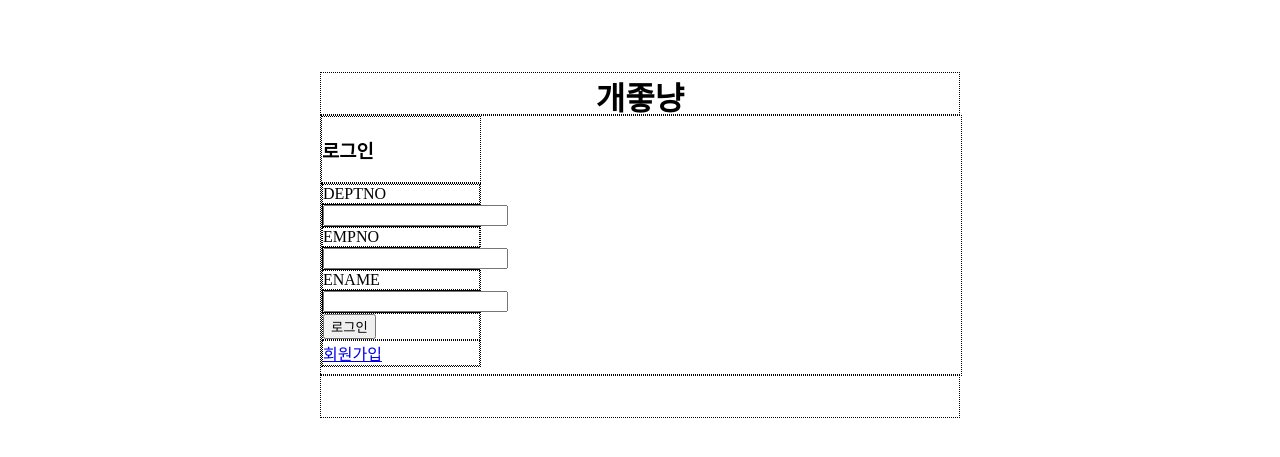
Repository: rmsgh2392/jee-company
Page: http://localhost/company/facade.do
These files come from the project's save history. The page is drawn as it stood at one moment and after the next save; the edit follows.
The browser window is 1280 px wide. The pictures show the whole page.
The page is served by Tomcat 9. Other server files are loaded and not shown.

Above is the page before, as saved 2019-10-07 11:00:33.

### company/WebContent/WEB-INF/views/facade/main.jsp
<%@ page language="java" contentType="text/html; charset=UTF-8"
    pageEncoding="UTF-8"%>
<%@taglib prefix="e" uri="http://java.sun.com/jsp/jstl/core"%>
<jsp:include page="../common/head.jsp"/>
<div class="container">
	<div><h1 id="main_text">개좋냥</h1></div>
	<div class="content">
	<e:choose>
		<e:when test="${page eq 'login'}">
			<jsp:include page="login.jsp"/>
		</e:when>
		<e:when test="${page eq 'join'}">
			<jsp:include page="join.jsp"/>
		</e:when>
		<e:when test="${page eq 'mypage'}">
			<jsp:include page="mypage.jsp"/>
		</e:when>
	</e:choose>
</div>
<div>
</div>
</div>
<script>
app.init('${ctx}');
</script>
<jsp:include page="../common/foot.jsp"/>

### company/WebContent/WEB-INF/views/common/head.jsp
<%@ page language="java" contentType="text/html; charset=UTF-8"
    pageEncoding="UTF-8"%>
<!DOCTYPE html>
<html>
<head>
<meta charset="UTF-8">
<title>Insert title here</title>
<script src="${js}/jquery.js"></script>
<link rel="stylesheet" type="text/css" href="${css}/style.css"/></link>
<script src="${js}/app.js"></script>
</head>
<body>
<div class="wrapper" style="width:100%; height:100%">
<div></div> <div></div> <div></div>
<div></div>

### company/WebContent/WEB-INF/views/facade/login.jsp
<%@ page language="java" contentType="text/html; charset=UTF-8"
    pageEncoding="UTF-8"%>
<form id="login_form">
	<div><h3 id="join_text">로그인</h3></div>
	<div class = "login_spac">
		<div id="text">	DEPTNO </div><div id = "input"><input id="deptname" class="login_text" type="text" name="deptNo"/></div>
		<div id="text">
			EMPNO </div><div id = "input"><input id="username" class="login_text" type="text" name="empNo"/>
		</div>
		<div id="text">
			ENAME </div><div id = "input"><input id="userpw" class="login_text" type="text" name="ename"/>
		</div>
		<div>
			<input id="login_btn" type="button" value="로그인"/>
		</div>
		<div>
			<a id="a_join" href="#">회원가입</a>
		</div>
		<input type="hidden" name="action" value="login"/>
		<input type="hidden" name="page" value="mypage"/>
	</div>
</form>
<script>
app.init('${ctx}');
</script>

### company/WebContent/WEB-INF/views/common/foot.jsp
<%@ page language="java" contentType="text/html; charset=UTF-8"
    pageEncoding="UTF-8"%>
<div></div>
<div></div> <div></div> <div></div>
  </div>
</body>
</html>

### company/src/com/company/web/controllers/FacadeController.java
package com.company.web.controllers;

import java.io.IOException;
import javax.servlet.ServletException;
import javax.servlet.annotation.WebServlet;
import javax.servlet.http.HttpServlet;
import javax.servlet.http.HttpServletRequest;
import javax.servlet.http.HttpServletResponse;

import com.company.web.pool.Constants;

@WebServlet("/facade.do")
public class FacadeController extends HttpServlet {
	private static final long serialVersionUID = 1L;

	enum Resources{
		CTX, CSS, JS
	}
	protected void doGet(HttpServletRequest request, HttpServletResponse response) throws ServletException, IOException {
		for(Resources r : Resources.values()) {
			if(r.toString().toLowerCase().equals("ctx")) {
				request.getSession().setAttribute(r.toString().toLowerCase(), request.getContextPath());
			}else {
				request.getSession().setAttribute(r.toString().toLowerCase(), request.getContextPath() + "/resources/" + r.toString().toLowerCase());

			}

		}
		if(request.getParameter("page")==null) {
			request.setAttribute("page", "login");
		}else {
			request.setAttribute("page", request.getParameter("page"));
		}
		request.getRequestDispatcher
		(String.format(Constants.DOUBLE_PATH
				,request.getServletPath().substring(1,request.getServletPath().indexOf(".")),"main"))
		.forward(request, response);

	}

}

### company/WebContent/resources/css/style.css
@charset "UTF-8";
html, body{
	margin: 0;
	height: 100%;
	overflow: hidden;
}
.wrapper{
	display : grid;
	width: 100%;
	height:100%;
	grid-template-columns : 25% 50% 25%;
	grid-template-rows : 10% 60% 30%
}
.container{
	display : grid;
	width: 100%;
	height:100%;
	grid-template-rows : 10% 60% 10%;
}
.content{
	display : grid;
	width: 100%;
	height:100%;
	grid-template-columns: 25% 50% 25%;
	grid-template-rows : 10% 60% 30%;

}
#main_text { width : 200px; margin : 0 auto;text-align:center;}
.join_spac{
display : grid;
	margin : 0 auto;
	width : 70%;
	height: 80%;
	grid-template-columns : 30% 20% 50%;
	grid-template-rows : 11% 11% 11% 11% 11% 11% 11% 11% 12%;
	border : 1px solid black;
}
.container div{border : 1px dotted black}
#login_form{width:100%;height:100%}
#login_tab div{border : 1px solid black;}
#input{
	grid-column: 2/4;
	border : 1px solid black;
}
#dept{
	margin: 0auto;
	width : 100%;
	height : 50px;
}

### company/WebContent/resources/js/app.js
var app = (()=>{
	return {
		init : (ctx)=>{
			employeeService.login(ctx);
			employeeService.join(ctx);
			employeeService.moveJoin(ctx);

		}

	};

})();

var player = (()=>{
	var _empNo,_ename,_job,_mgr,_hireDate,_sal,_comm,_deptNo;

	var setDeptNo = (deptNo)=>{this.deptNo = deptNo;}
	var setEmpNo = (empNo)=>{this.empNo = empNo;}
	var setEname = (ename)=>{this.ename = ename;}
	var getDeptNo = ()=>{return this._deptNo;}
	var getEmpNo = ()=>{return this. _empNo;}
	var getEname = ()=>{return this._ename;}
	return {
		setDeptNo : setDeptNo,
		setEmpNo  :  setEmpNo ,
		setEname : setEname,
		getDeptNo : getDeptNo,
		getEmpNo : getEmpNo,
		getEname : getEname
	};
})();

var employeeService = (()=>{
	return {
		login : (ctx)=>{
			$('#login_btn').click(()=>{
				if($('#username').val()===''||$('#userpw').val()===''||$('#deptname').val()===''){
					alert('필수값이 없습니다.');
				}else{
					/*alert('입력한 값 아이디'+$('#username').val());*/
					$('#login_form').attr('action',ctx+'/company.do');
					$('#login_form').attr('method','GET');
					$('#login_form').submit();
				}

			});
		},
		join: (ctx)=>{
			$('#join_btn').click(()=>{
				if($('#join_empNo').val()===''||$('#join_ename').val()===''){
					alert('필수값이 없습니다.');
				}else{
					/*alert('입력한 값 아이디'+$('#join_empNo').val());*/
					$('#join_form').attr('action',ctx+'/company.do');
					$('#join_form').attr('method','GET');
					$('#join_form').submit();
				}
			});
		},
		moveJoin : (ctx)=>{
			$('#a_join').click(()=>{

				location.assign(ctx+'/facade.do?page=join')
			});
		},


		search: (ctx)=>{
			$('#find2').click(()=>{
				location.assign(ctx+'/player.do?action=search&page=a_position');
			});

			$('#find4').click(()=>{
				location.assign(ctx+'/player.do?action=search&page=4_find_by_teamid_position');

			});

		}

	};
})();

Loaded but not shown: company/WebContent/resources/js/jquery.js (library)

After the next save:
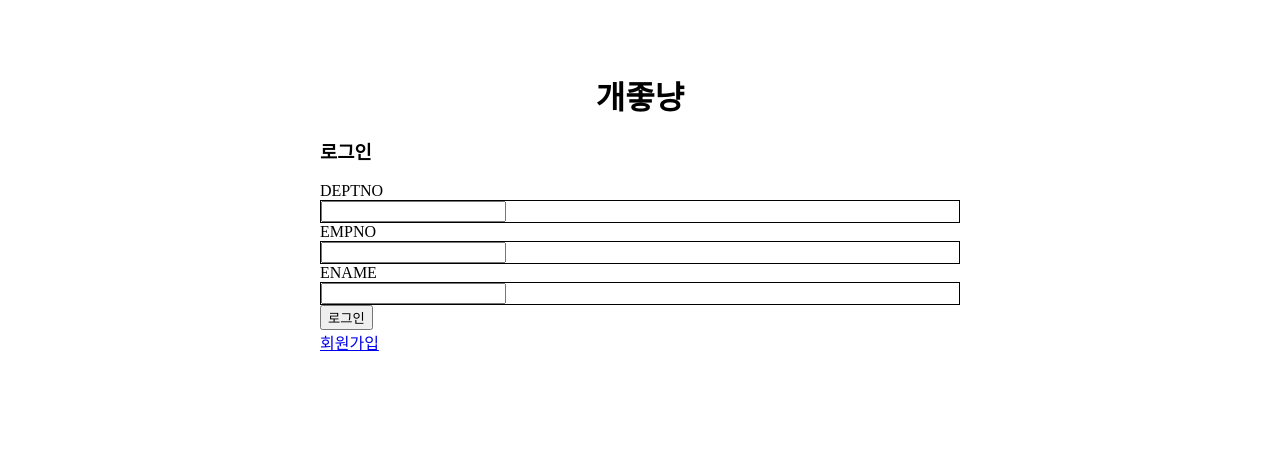
Saved 9 s later.
--- a/company/WebContent/WEB-INF/views/facade/main.jsp
+++ b/company/WebContent/WEB-INF/views/facade/main.jsp
@@ -2,9 +2,9 @@
     pageEncoding="UTF-8"%>
 <%@taglib prefix="e" uri="http://java.sun.com/jsp/jstl/core"%>
 <jsp:include page="../common/head.jsp"/>
-<div class="container">
-	<div><h1 id="main_text">개좋냥</h1></div>
-	<div class="content">
+<div>
+	<h1 id="main_text">개좋냥</h1>
+
 	<e:choose>
 		<e:when test="${page eq 'login'}">
 			<jsp:include page="login.jsp"/>
@@ -17,9 +17,6 @@
 		</e:when>
 	</e:choose>
 </div>
-<div>
-</div>
-</div>
 <script>
 app.init('${ctx}');
 </script>
